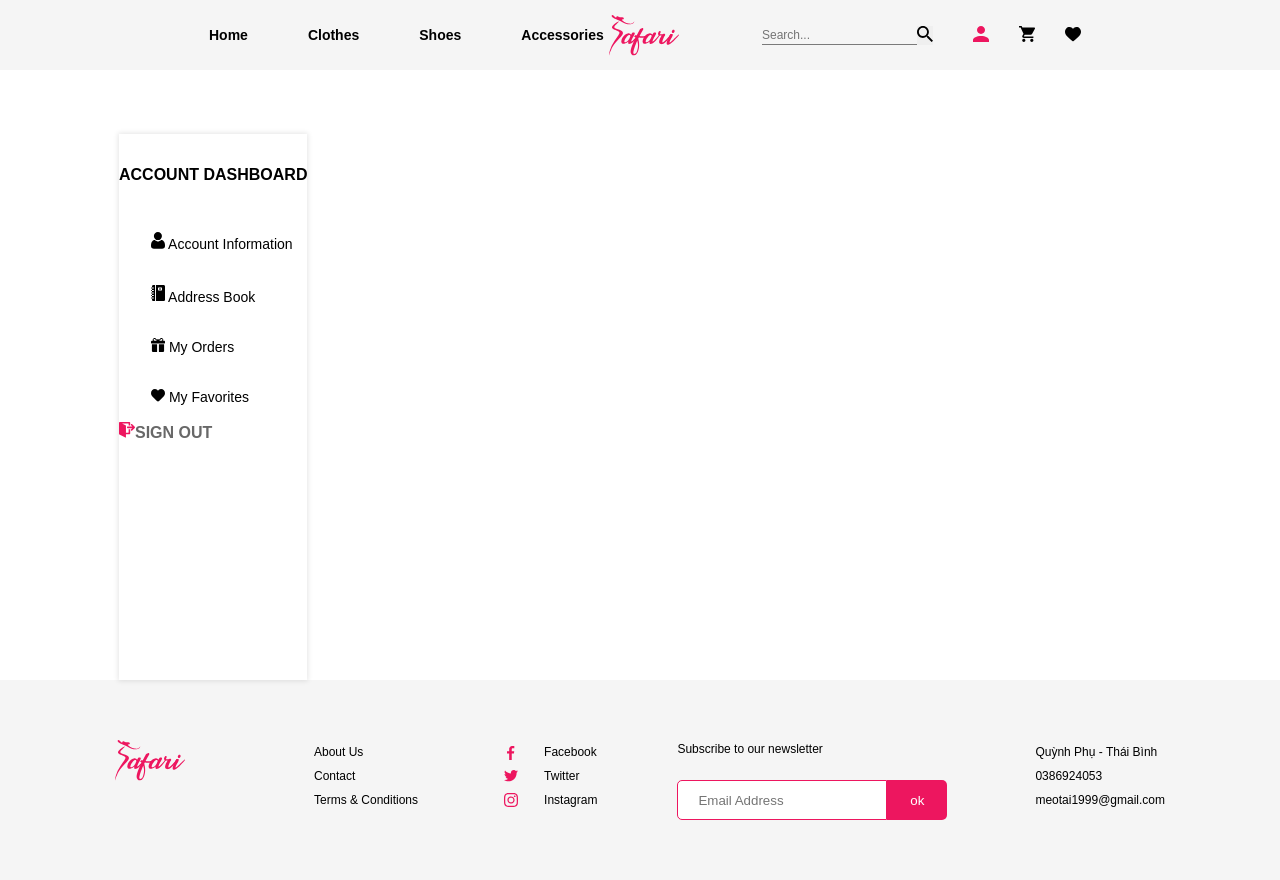
Repository: tboy1999/safari
Page: views/user.html
These files come from the project's save history. The page is drawn as it stood at one moment and after a run of saves; the edit follows.
The browser window is 1280 px wide. The pictures show the whole page.
Some web libraries are served in a nearby version. The style sheet was rebuilt from its Sass, Less or Tailwind sources for each picture, by a compiler version that may differ from the author's.

Above is the page before, as saved 2022-04-28 15:17:32.

### views/user.html
<!DOCTYPE html>
<html lang="en">
<head>
  <meta charset="UTF-8">
  <meta http-equiv="X-UA-Compatible" content="IE=edge">
  <meta name="viewport" content="width=device-width, initial-scale=1.0">
  <title>user</title>
  <link rel="shortcut icon" href="./image/logo/Logo.svg" type="image/x-icon">
  <link rel="preconnect" href="https://fonts.googleapis.com">
  <link rel="preconnect" href="https://fonts.gstatic.com" crossorigin>
  <link rel="stylesheet" href="https://cdnjs.cloudflare.com/ajax/libs/font-awesome/6.1.1/css/all.min.css" integrity="sha512-KfkfwYDsLkIlwQp6LFnl8zNdLGxu9YAA1QvwINks4PhcElQSvqcyVLLD9aMhXd13uQjoXtEKNosOWaZqXgel0g==" crossorigin="anonymous" referrerpolicy="no-referrer" />
  <link rel="stylesheet" href="../css/grid.css">
  <link rel="stylesheet" href="../css/user.css">
</head>
<body>
  <header id="header" class="header">
    <div class="container">
      <div class="header__container facenter">
        <ul class="header__list facenter fz14-fw600">
          <li class="header__item"><a href="../index.html" class="header__link">Home</a></li>
          <li class="header__item"><a href="./clothes.html" class="header__link">Clothes</a></li>
          <li class="header__item"><a href="./shoes.html" class="header__link">Shoes</a></li>
          <li class="header__item"><a href="./accessories.html" class="header__link">Accessories</a></li>
        </ul>
        <form class="header__search facenter">
          <input type="text" placeholder="Search..." class="fz12">
          <button type="submit"><img src="../image/header/search.svg" alt=""></button>
        </form>
        <div class="header__feature facenter">
          <a href="#" class="header__feature--active">
            <svg width="16" height="16" viewBox="0 0 16 16" fill="inherit" xmlns="http://www.w3.org/2000/svg">
            <path d="M8 0C9.06087 0 10.0783 0.421427 10.8284 1.17157C11.5786 1.92172 12 2.93913 12 4C12 5.06087 11.5786 6.07828 10.8284 6.82843C10.0783 7.57857 9.06087 8 8 8C6.93913 8 5.92172 7.57857 5.17157 6.82843C4.42143 6.07828 4 5.06087 4 4C4 2.93913 4.42143 1.92172 5.17157 1.17157C5.92172 0.421427 6.93913 0 8 0ZM8 10C12.42 10 16 11.79 16 14V16H0V14C0 11.79 3.58 10 8 10Z"/>
            </svg>
          </a>
          <a href="./cart.html">
            <svg width="16" height="16" viewBox="0 0 16 16" fill="inherit" xmlns="http://www.w3.org/2000/svg">
              <path d="M12.8 12.8C11.912 12.8 11.2 13.512 11.2 14.4C11.2 14.8243 11.3686 15.2313 11.6686 15.5314C11.9687 15.8314 12.3757 16 12.8 16C13.2243 16 13.6313 15.8314 13.9314 15.5314C14.2314 15.2313 14.4 14.8243 14.4 14.4C14.4 13.9757 14.2314 13.5687 13.9314 13.2686C13.6313 12.9686 13.2243 12.8 12.8 12.8ZM0 0V1.6H1.6L4.48 7.672L3.392 9.632C3.272 9.856 3.2 10.12 3.2 10.4C3.2 10.8243 3.36857 11.2313 3.66863 11.5314C3.96869 11.8314 4.37565 12 4.8 12H14.4V10.4H5.136C5.08296 10.4 5.03209 10.3789 4.99458 10.3414C4.95707 10.3039 4.936 10.253 4.936 10.2C4.936 10.16 4.944 10.128 4.96 10.104L5.68 8.8H11.64C12.24 8.8 12.768 8.464 13.04 7.976L15.904 2.8C15.96 2.672 16 2.536 16 2.4C16 2.18783 15.9157 1.98434 15.7657 1.83431C15.6157 1.68429 15.4122 1.6 15.2 1.6H3.368L2.616 0H0ZM4.8 12.8C3.912 12.8 3.2 13.512 3.2 14.4C3.2 14.8243 3.36857 15.2313 3.66863 15.5314C3.96869 15.8314 4.37565 16 4.8 16C5.22435 16 5.63131 15.8314 5.93137 15.5314C6.23143 15.2313 6.4 14.8243 6.4 14.4C6.4 13.9757 6.23143 13.5687 5.93137 13.2686C5.63131 12.9686 5.22435 12.8 4.8 12.8Z"/>
            </svg>
          </a>
          <a href="#">
            <svg width="16" height="15" viewBox="0 0 16 15" fill="inherit"
            xmlns="http://www.w3.org/2000/svg">
              <path d="M14.7307 1.39307C13.9025 0.494751 12.766 0 11.5304 0C10.6068 0 9.76099 0.291992 9.01636 0.867798C8.64062 1.15845 8.30017 1.51404 8 1.92908C7.69995 1.51416 7.35938 1.15845 6.98352 0.867798C6.23901 0.291992 5.39319 0 4.4696 0C3.23401 0 2.09741 0.494751 1.26917 1.39307C0.450806 2.28088 0 3.49377 0 4.80847C0 6.16162 0.504272 7.40027 1.58691 8.70667C2.55542 9.87524 3.94739 11.0615 5.55933 12.4352C6.10974 12.9043 6.73364 13.436 7.38147 14.0024C7.55261 14.1523 7.77222 14.2349 8 14.2349C8.22766 14.2349 8.44739 14.1523 8.61829 14.0027C9.26611 13.4362 9.89038 12.9042 10.441 12.4348C12.0527 11.0614 13.4447 9.87524 14.4132 8.70654C15.4958 7.40027 16 6.16162 16 4.80835C16 3.49377 15.5492 2.28088 14.7307 1.39307Z"/>
            </svg>
          </a>
        </div>
        <div class="header__logo">
          <a href="../index.html"><img src="../image/logo/Logo.svg" alt=""></a>
        </div>
      </div>
    </div>
  </header>

  <main id="user" class="user">
    <div class="container">
      <div class="user__container">
        <div class="row">
          <div class="col xxl-3">
            <div class="user__list flex-column">
              <div class="user__item fz16-fw800">ACCOUNT DASHBOARD</div>
              <div class="user__item fz14">
                <svg width="14" height="17" viewBox="0 0 14 17" fill="inherit" xmlns="http://www.w3.org/2000/svg">
                  <path d="M6.89428 8.08322C8.00476 8.08322 8.96635 7.68493 9.75204 6.89912C10.5377 6.11343 10.936 5.15209 10.936 4.04148C10.936 2.93125 10.5377 1.96979 9.75191 1.18384C8.9661 0.398284 8.00463 0 6.89428 0C5.78366 0 4.82233 0.398284 4.03664 1.18397C3.25095 1.96966 2.85254 2.93112 2.85254 4.04148C2.85254 5.15209 3.25095 6.11356 4.03677 6.89924C4.82258 7.6848 5.78405 8.08322 6.89428 8.08322Z"/>
                  <path d="M13.9661 12.9033C13.9434 12.5764 13.8976 12.2197 13.8301 11.843C13.762 11.4636 13.6743 11.1049 13.5693 10.777C13.4609 10.4381 13.3134 10.1034 13.1311 9.78274C12.9419 9.44988 12.7196 9.16003 12.4702 8.92152C12.2094 8.672 11.8902 8.47139 11.5209 8.32506C11.153 8.17949 10.7452 8.10575 10.3091 8.10575C10.1378 8.10575 9.97209 8.17603 9.65216 8.38433C9.45526 8.51274 9.22494 8.66125 8.96787 8.8255C8.74805 8.96556 8.45026 9.09679 8.08245 9.21559C7.72359 9.33171 7.35924 9.3906 6.99962 9.3906C6.63999 9.3906 6.27576 9.33171 5.91653 9.21559C5.5491 9.09692 5.25131 8.96569 5.03175 8.82563C4.77711 8.66291 4.54666 8.5144 4.34682 8.3842C4.02727 8.17591 3.86148 8.10562 3.69018 8.10562C3.25387 8.10562 2.84624 8.17949 2.47843 8.32518C2.10946 8.47126 1.79004 8.67187 1.529 8.92165C1.27973 9.16029 1.05736 9.45001 0.868391 9.78274C0.686212 10.1034 0.538727 10.438 0.430163 10.7771C0.32531 11.105 0.237614 11.4636 0.169505 11.843C0.102036 12.2192 0.0562028 12.576 0.0335425 12.9037C0.0112662 13.2248 0 13.5581 0 13.8946C0 14.7706 0.278453 15.4797 0.827551 16.0027C1.36986 16.5188 2.08744 16.7806 2.96006 16.7806H11.0399C11.9126 16.7806 12.6299 16.5189 13.1723 16.0027C13.7215 15.4801 14 14.7708 14 13.8945C13.9999 13.5564 13.9885 13.2229 13.9661 12.9033Z"/>
                  </svg>

                Account Information
              </div>
              <div class="user__item fz14">
                <svg width="14" height="17" viewBox="0 0 14 17" fill="inherit" xmlns="http://www.w3.org/2000/svg">
                  <path d="M1.00448 5.0538H0.470852C0.210816 5.0538 0 5.26462 0 5.52465C0 5.78469 0.210816 5.99551 0.470852 5.99551H1.00448V5.0538Z"/>
                  <path d="M1.00448 12.5874H0.470852C0.210816 12.5874 0 12.7982 0 13.0583C0 13.3183 0.210816 13.5291 0.470852 13.5291H1.00448V12.5874Z"/>
                  <path d="M1.00448 10.0762H0.470852C0.210816 10.0762 0 10.287 0 10.5471C0 10.8071 0.210816 11.0179 0.470852 11.0179H1.00448V10.0762Z"/>
                  <path d="M1.00448 7.56503H0.470852C0.210816 7.56503 0 7.77585 0 8.03588C0 8.29592 0.210816 8.50674 0.470852 8.50674H1.00448V7.56503Z"/>
                  <path d="M1.00448 2.5426H0.470852C0.210816 2.5426 0 2.75342 0 3.01345C0 3.27349 0.210816 3.48431 0.470852 3.48431H1.00448V2.5426Z"/>
                  <path d="M4.01834 0H2.41744C1.63856 0 1.00488 0.633673 1.00488 1.41256V2.5426H2.48022C2.74025 2.5426 2.95107 2.75342 2.95107 3.01345C2.95107 3.27349 2.74025 3.4843 2.48022 3.4843C2.05168 3.4843 1.466 3.4843 1.00488 3.4843V5.05381H2.48022C2.74025 5.05381 2.95107 5.26463 2.95107 5.52466C2.95107 5.7847 2.74025 5.99552 2.48022 5.99552C1.71562 5.99552 2.16255 5.99552 1.00488 5.99552V7.56502H2.48022C2.74025 7.56502 2.95107 7.77584 2.95107 8.03587C2.95107 8.29591 2.74025 8.50673 2.48022 8.50673C2.05168 8.50673 1.466 8.50673 1.00488 8.50673V10.0762H2.48022C2.74025 10.0762 2.95107 10.287 2.95107 10.5471C2.95107 10.8071 2.74025 11.0179 2.48022 11.0179C1.71562 11.0179 2.16255 11.0179 1.00488 11.0179V12.5874H2.48022C2.74025 12.5874 2.95107 12.7983 2.95107 13.0583C2.95107 13.3183 2.74025 13.5291 2.48022 13.5291C2.05168 13.5291 1.466 13.5291 1.00488 13.5291V14.6592C1.00488 15.4381 1.63856 16.0717 2.41744 16.0717H4.01834V0Z"/>
                  <path d="M7.94141 3.48431H10.0759V4.55158H7.94141V3.48431Z"/>
                  <path d="M12.5878 0H4.95996V16.0717H12.5878C13.3666 16.0717 14.0003 15.4381 14.0003 14.6592V1.41256C14.0003 0.633673 13.3666 0 12.5878 0ZM11.0183 5.02242C11.0183 5.28246 10.8074 5.49327 10.5474 5.49327H7.47117C7.21114 5.49327 7.00032 5.28246 7.00032 5.02242V3.01345C7.00032 2.75342 7.21114 2.5426 7.47117 2.5426H10.5474C10.8074 2.5426 11.0183 2.75342 11.0183 3.01345V5.02242Z"/>
                  </svg>

                Address Book
              </div>
              <div class="user__item fz14">
                <svg width="14" height="14" viewBox="0 0 14 14" fill="inherit" xmlns="http://www.w3.org/2000/svg">
                  <path d="M13.0869 2.71463H12.0679C12.2023 2.5019 12.291 2.2631 12.3163 2.01056C12.3971 1.20345 11.972 0.479938 11.2484 0.159169C10.5832 -0.135678 9.83572 -0.0151468 9.29746 0.473048L8.01066 1.63926C7.76006 1.36516 7.39981 1.1929 6.99999 1.1929C6.59946 1.1929 6.23863 1.36571 5.98797 1.64065L4.69953 0.472911C4.1604 -0.0152835 3.4132 -0.13535 2.74834 0.159333C2.02488 0.48013 1.59974 1.20389 1.68079 2.01097C1.70614 2.26332 1.79479 2.502 1.92918 2.71463H0.913033C0.408761 2.71463 0 3.12342 0 3.62766V4.99723C0 5.24934 0.204394 5.45376 0.45653 5.45376H13.5435C13.7956 5.45376 14 5.24936 14 4.99723V3.62766C14 3.12342 13.5912 2.71463 13.0869 2.71463ZM5.63042 2.56246V2.71463H3.48277C2.91533 2.71463 2.46875 2.18564 2.61048 1.59485C2.6729 1.33467 2.8607 1.11289 3.10359 1.00062C3.43713 0.846453 3.8066 0.895945 4.08673 1.1495L5.63081 2.54901C5.63072 2.55352 5.63042 2.55795 5.63042 2.56246ZM11.4104 1.88934C11.3763 2.36384 10.9477 2.71468 10.472 2.71468H8.36955V2.56252C8.36955 2.55713 8.36922 2.5518 8.36917 2.54641C8.71895 2.22933 9.47776 1.54158 9.88931 1.16853C10.1232 0.956539 10.4505 0.857582 10.753 0.947816C11.1872 1.07732 11.4421 1.44651 11.4104 1.88934Z"/>
                  <path d="M0.913086 6.36679V13.0624C0.913086 13.5667 1.32185 13.9755 1.82612 13.9755H6.08698V6.36679H0.913086Z"/>
                  <path d="M7.91309 6.36679V13.9755H12.1739C12.6782 13.9755 13.087 13.5667 13.087 13.0624V6.36679H7.91309Z"/>
                  </svg>

                My Orders
              </div>
              <div class="user__item fz14">
                <svg width="14" height="13" viewBox="0 0 14 13" fill="inherit" xmlns="http://www.w3.org/2000/svg">
                  <path d="M12.8894 1.21893C12.1647 0.432907 11.1702 0 10.0891 0C9.28096 0 8.54086 0.255493 7.88931 0.759323C7.56055 1.01364 7.26265 1.32478 7 1.68794C6.73746 1.32489 6.43945 1.01364 6.11058 0.759323C5.45914 0.255493 4.71904 0 3.9109 0C2.82976 0 1.83524 0.432907 1.11052 1.21893C0.394455 1.99577 0 3.05705 0 4.20741C0 5.39142 0.441238 6.47523 1.38855 7.61833C2.23599 8.64084 3.45396 9.67883 4.86441 10.8808C5.34602 11.2913 5.89194 11.7565 6.45879 12.2521C6.60854 12.3833 6.80069 12.4555 7 12.4555C7.1992 12.4555 7.39146 12.3833 7.541 12.2523C8.10785 11.7566 8.65408 11.2912 9.13591 10.8805C10.5461 9.67873 11.7641 8.64084 12.6116 7.61823C13.5589 6.47523 14 5.39142 14 4.20731C14 3.05705 13.6055 1.99577 12.8894 1.21893Z"/>
                  </svg>
                My Favorites
              </div>
              <div class="user__item fz16"><img src="../image/user/checkout.svg" alt="">SIGN OUT</div>
            </div>
          </div>
          <div class="col xxl-9"></div>
        </div>
      </div>
    </div>
  </main>

  <footer class="footer">
    <div class="container">
      <div class="footer__container d-flex fz12">
        <div class="footer__logo">
          <a href="../index.html"><img src="../image/logo/Logo.svg" alt=""></a>
        </div>
        <div class="footer__body d-flex gap80">
          <ul class="footer__pages">
            <li class="footer__item fz12"><a href="#">About Us</a></li>
            <li class="footer__item fz12"><a href="#">Contact</a></li>
            <li class="footer__item fz12"><a href="#">Terms & Conditions</a></li>
          </ul>
          <ul class="footer__networks">
            <li class="footer__item facenter gap20">
              <div class="footer__icon flex-center">
                <a href="#" class="facenter"><img src="../image/footer/fb.svg" alt=""></a>
              </div>
              <p><a href="#">Facebook</a></p>
            </li>
            <li class="footer__item facenter gap20">
              <div class="footer__icon flex-center">
                <a href="#" class="facenter"><img src="../image/footer/twitter.svg" alt=""></a>
              </div>
              <p><a href="#">Twitter</a></p>
            </li>
            <li class="footer__item facenter gap20">
              <div class="footer__icon flex-center">
                <a href="#" class="facenter"><img src="../image/footer/instagram.svg" alt=""></a>
              </div>
              <p><a href="#">Instagram</a></p>
            </li>
          </ul>
          <div class="footer__input">
            <p>Subscribe to our newsletter</p>
            <form action="" class="facenter footer__form">
              <input type="text" placeholder="Email Address">
              <button type="submit">ok</button>
            </form>
          </div>
        </div>
        <div class="footer__info">
          <p>Quỳnh Phụ - Thái Bình</p>
          <p>0386924053</p>
          <p>meotai1999@gmail.com</p>
        </div>
      </div>
    </div>
  </footer>
</body>
</html>

### scss/user.scss
@import 'reset';
@import 'variable';
@import 'global';
@import 'alike';
@import 'header';
@import 'footer';

.user {
  margin-top: 134px;
  &__container {
    margin: 0 64px;
  }
  &__list {
    height: calc(100vh - 134px - 40px);
    box-shadow: 0px 0px 5px 1px rgba(0, 0, 0, 0.1);
  }
  &__item:first-child {
    padding: 32px 0;
    text-align: center;
  }
  &__item:not(:first-child,:last-child) {
    padding: 16px 0 16px 32px
  }
}

### scss/_reset.scss
* {
  padding: 0;
  margin: 0;
  box-sizing: border-box;
}

html:focus-within {
  scroll-behavior: smooth;
}

a,
button {
  display: block;
  outline: none;
  border: none;
  text-decoration: none;
  color: inherit;
  cursor: pointer;
}

input {
  outline: none;
}

ul {
  list-style-type: none;
}

// img {
//   width: 100%;
//   height: 100%;
//   object-fit: cover;
// }

### scss/_variable.scss
$text-color: #686868;
$primary-color: #ED165F;

$header-background-color: #F5F5F5;
$footer-background-color: #F5F5F5;

### scss/_global.scss
html {
  font-size: 10px;
  line-height: 1;
  scroll-behavior: smooth !important;
}

body {
  font-family: 'Mulish', sans-serif;
}

body .auto-top {
  display: none;
  position: fixed;
  right: 50px;
  top: 50%;
  width: 60px;
  height: 50px;
  border: 1px solid #000000;
  border-radius: 5px;
  animation: autoTop 2s ease-in-out;
  animation-iteration-count: infinite;
}
@keyframes autoTop {
  from {
    transform: translateY(0)
  }
  to {
    transform: translateY(-20px)
  }
}

.facenter {
  display: flex;
  align-items: center;
}

.facb {
  display:flex;
  justify-content: space-between;
  align-items: center;
}

.flex-center {
  display: flex;
  justify-content: center;
  align-items: center;
}

.d-flex {
  display: flex;
  flex-wrap: wrap;
}

.flex-column {
  display: flex;
  flex-direction: column;
}

.gap64 {
  gap: 64px
}

.gap80 {
  gap: 0 80px
}

.gap32 {
  gap: 32px
}

.gap20 {
  gap: 0 20px
}

.gap16 {
  gap: 16px
}
.gap8 {
  gap: 8px
}

### scss/_alike.scss
.fz40 {
  font-weight: 700;
  font-size: 4rem;
  line-height: calc(24/40);
}

.fz30 {
  font-weight: 600;
  font-size: 30px;
}


.fz24 {
  font-weight: 400;
  font-size: 2.4rem;
  line-height: calc(35/24);
  &-fw600 {
    font-weight: 600;
    font-size: 2.4rem;
    line-height: calc(35/24);
  }
  &-fw800 {
    font-weight: 800;
    font-size: 2.4rem;
    line-height: calc(35/24);
  }
}

.fz20 {
  font-weight: 400;
  font-size: 2rem;
  line-height: calc(23/20);
  &-fw800 {
    font-weight: 800;
    font-size: 2rem;
    line-height: calc(23/20);
  }
  &-fw600 {
    font-weight: 600;
    font-size: 2rem;
    line-height: calc(23/20);
  }
}

.fz18 {
  font-weight: 800;
  font-size: 1.8rem;
  line-height: calc(24/18);
}

.fz16 {
  font-weight: 600;
  font-size: 1.6rem;
  line-height: calc(18/16);
  color: $text-color;
  &-fw800 {
    font-weight: 800;
    font-size: 1.6rem;
    line-height: calc(18/16);
  }
}

.fz14 {
  font-weight: 400;
  font-size: 1.4rem;
  line-height: calc(18/14);
  &-fw600 {
    font-weight: 600;
    font-size: 1.4rem;
    line-height: calc(18/14);
  }
}

.fz12 {
  font-weight: 400;
  font-size: 1.2rem;
  line-height: calc(18/12);
}

.fz10 {
  font-weight: 700;
  font-size: 1rem;
  line-height: calc(18/10);
}

### scss/_header.scss
.header {
  position: fixed;
  top: 0;
  left: 0;
  right: 0;
  z-index: 99999;
  background-color: $header-background-color;
  &__container {
    height: 70px;
    padding: 0 144px;
  }
  &__list {
    gap: 0 40px;
    flex: 1
  }
  &__search {
    input {
      border:none;
      border-bottom: 1px solid rgba(0, 0, 0, 0.5);
      color: rgba(0, 0, 0, 0.5);
      background-color: inherit;
    }
  }
  &__link {
    padding: 6px 10px;
    transition: all 0.2s linear;
    position: relative;
    &::after {
      content: "";
      position: absolute;
      width: 0;
      left: auto;
      right: 0;
      bottom: 0;
      height: 1px;
      transition: all 0.2s linear;
      background-color: red;
    }
    &:hover {
      color: $primary-color;
      &::after {
        width: 100%;
        right: auto;
        left: 0
      }
    }
    &.header__item--active {
      color: $primary-color;
      font-weight: 800;
      &::after {
        width: 100%;
      }
    }
  }
  &__feature {
    gap: 0 30px;
    margin-left: 40px;
    .header__feature--active {
      fill: $primary-color;
    }
  }
  &__logo {
    position: absolute;
    left: 47.57%;
    right: 47.57%;
    top: 21.43%;
    bottom: 20.93%;
  }
}

### scss/_footer.scss
.footer {
  background-color: $footer-background-color;
  &__container {
    padding: 60px;
  }
  &__pages {
    margin-left: 129px;
    a {
      padding: 3px 0;
    }
  }
  &__networks {
    a {
      padding: 3px 0
    }
  }
  &__icon {
    width: 26px
  }
  &__body {
    flex: 1
  }
  &__form {
    margin-top: 22px;
    width: 270px;
    height: 40px;
    border-radius: 5px;
    input {
      border: 1px solid $primary-color;
      padding: 0 0 0 20px;
      height: inherit;
      flex: 1;
      border-top-left-radius: 5px;
      border-bottom-left-radius: 5px;
    }
    button {
      width: 60px;
      height: inherit;
      background-color: $primary-color;
      color: #fff;
      border-top-right-radius: 5px;
      border-bottom-right-radius: 5px;
    }
  }
  &__info {
    p {
      padding: 3px 0
    }
  }
}

Loaded but not shown: css/grid.css (721 lines, source omitted)

After the next 2 saves:
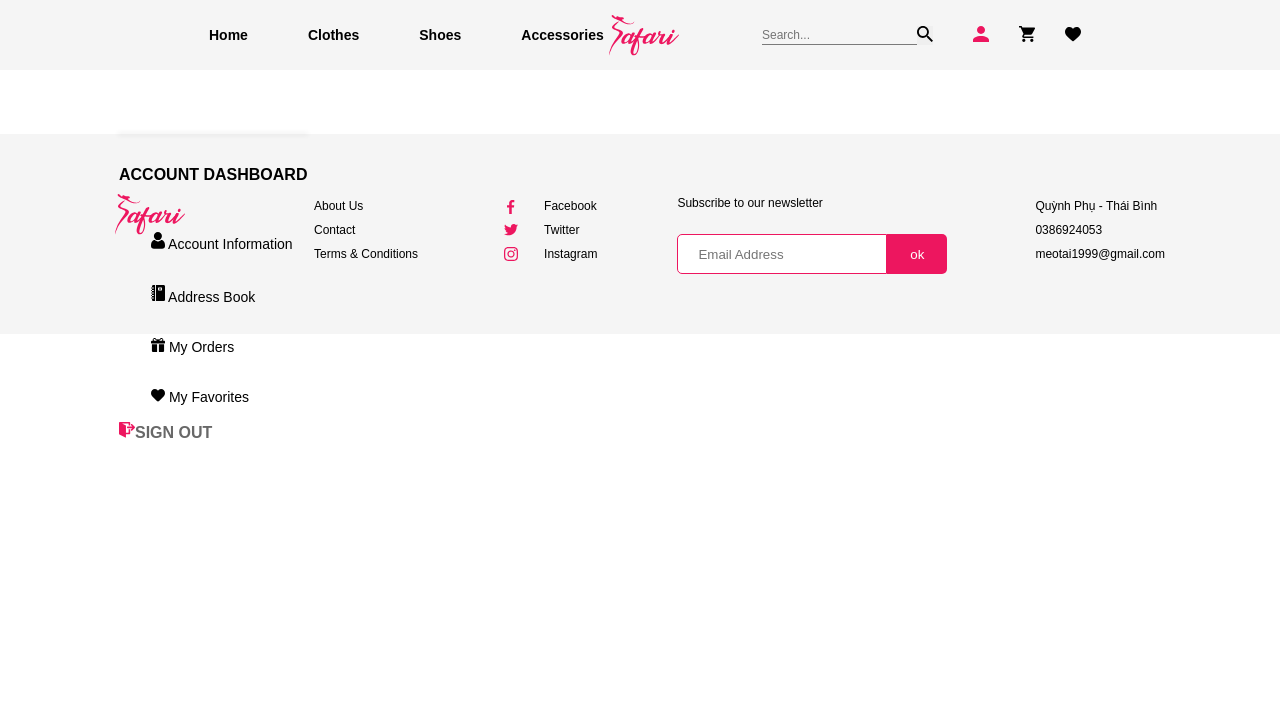
The 2 saves are shown as one change because they came seconds apart.
The last was saved 8 s later.
--- a/scss/user.scss
+++ b/scss/user.scss
@@ -11,7 +11,7 @@
     margin: 0 64px;
   }
   &__list {
-    height: calc(100vh - 134px - 40px);
+    height: calc(100vh - 134px - 600px);
     box-shadow: 0px 0px 5px 1px rgba(0, 0, 0, 0.1);
   }
   &__item:first-child {

After the save that followed:
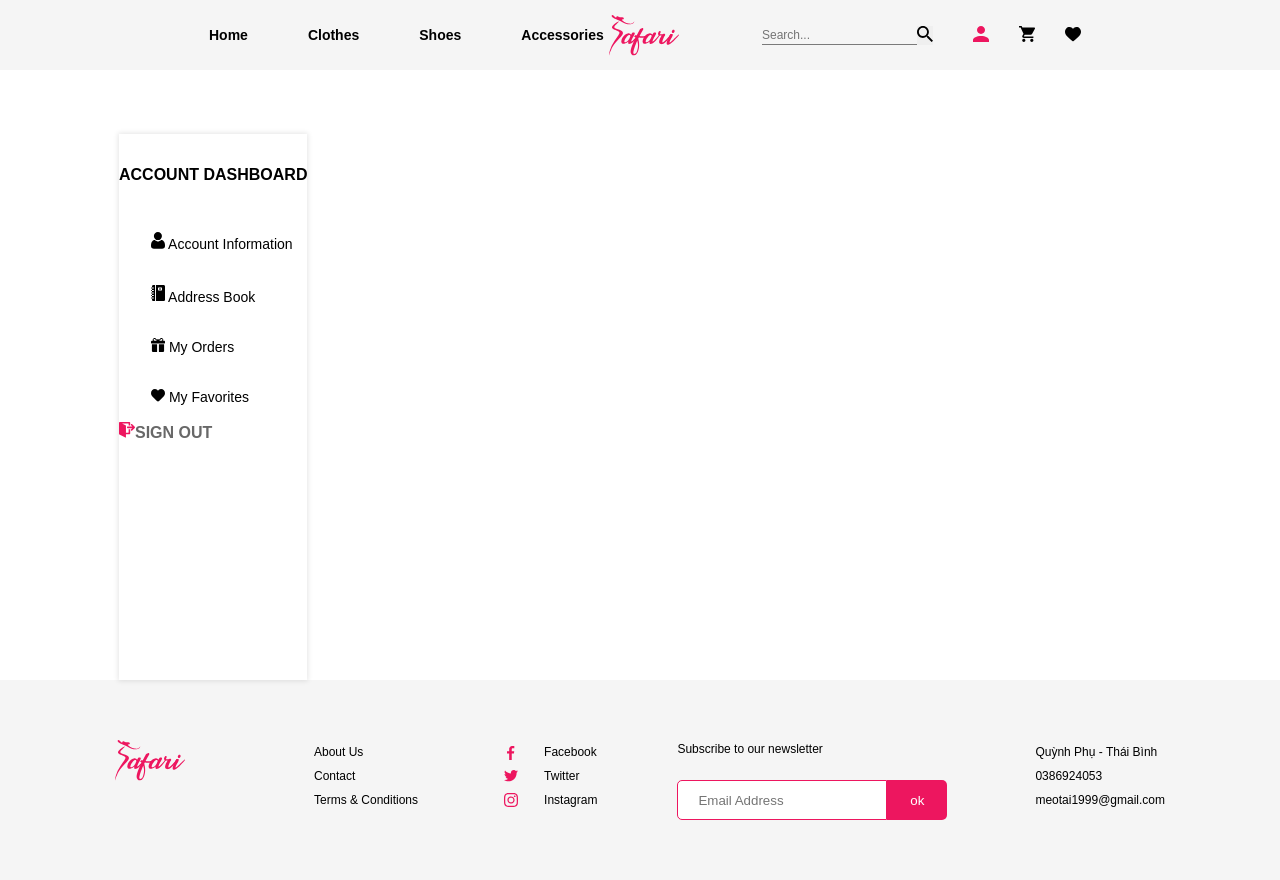
Saved 5 s later.
--- a/scss/user.scss
+++ b/scss/user.scss
@@ -11,7 +11,7 @@
     margin: 0 64px;
   }
   &__list {
-    height: calc(100vh - 134px - 600px);
+    height: calc(100vh - 134px - 40px);
     box-shadow: 0px 0px 5px 1px rgba(0, 0, 0, 0.1);
   }
   &__item:first-child {
